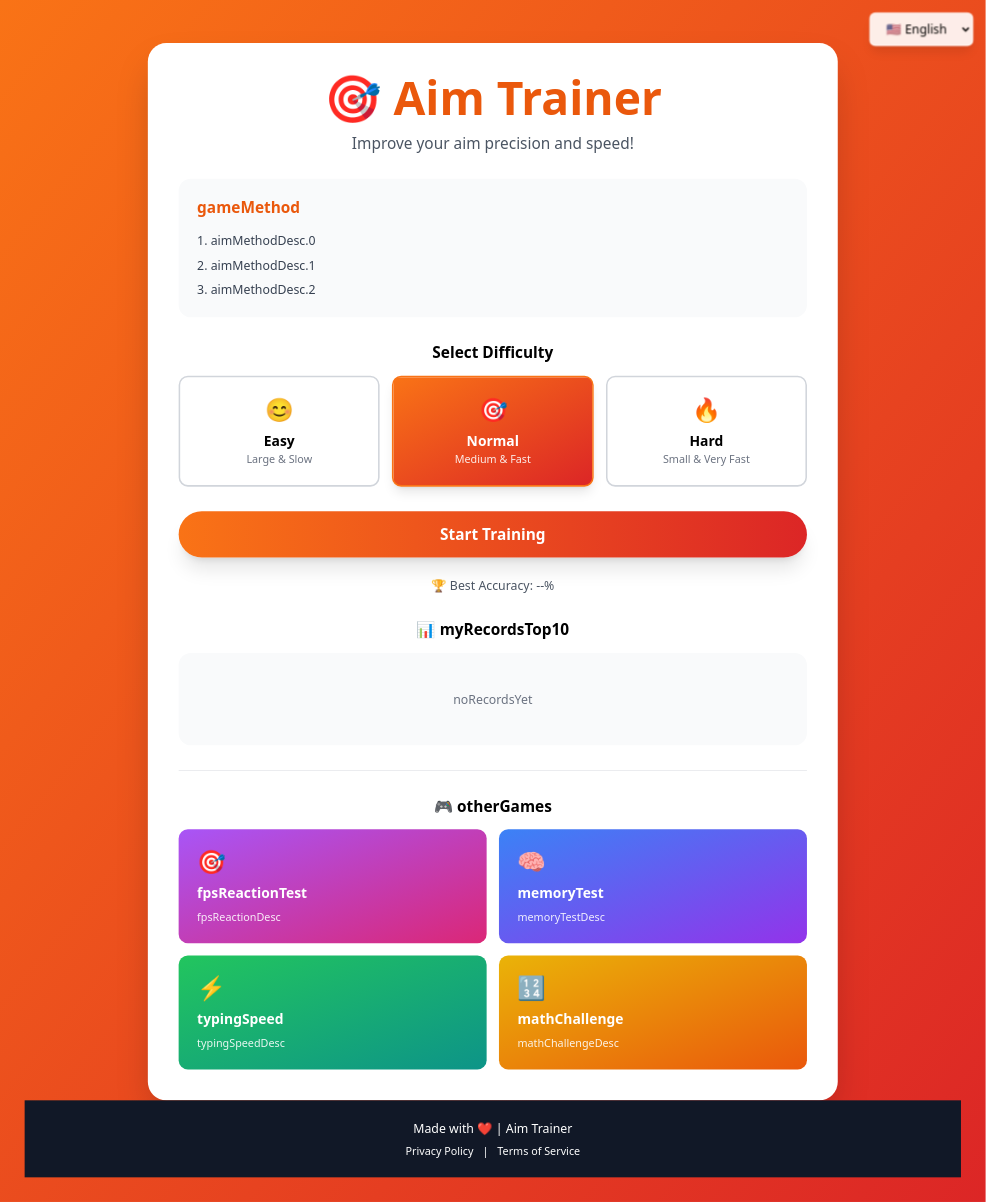
Repository: Lcmind/withjocoding
Page: aim-trainer.html
An editor plug-in stored every save of this project. The page is shown before and after the next save, followed by the edit.
The browser window is 1280 px wide. The pictures show the whole page, at 77% of full size.
Some web libraries are served in a nearby version.

Above is the page before, as saved 2026-01-13 21:54:00.

### aim-trainer.html
<!DOCTYPE html>
<html lang="en">
<head>
  <meta charset="UTF-8">
  <meta name="viewport" content="width=device-width, initial-scale=1.0">
  <meta name="description" content="Free Aim Trainer! Improve your aim precision and reaction time. Perfect for FPS gamers!">
  <title>Aim Trainer - Improve Your Aim Precision | FPS Training</title>

  <!-- Tailwind CSS -->
  <script src="https://cdn.tailwindcss.com"></script>
  <script>
    tailwind.config = {
      theme: {
        extend: {
          colors: {
            primary: '#667eea',
            secondary: '#764ba2',
          }
        }
      }
    }
  </script>

  <!-- Google AdSense -->
  <script async src="https://pagead2.googlesyndication.com/pagead/js/adsbygoogle.js?client=ca-pub-1247545232353663"
     crossorigin="anonymous"></script>

  <style>
    @keyframes pulse-target {
      0%, 100% { transform: scale(1); }
      50% { transform: scale(1.1); }
    }
    .target-pulse {
      animation: pulse-target 0.8s ease-in-out infinite;
    }
    @keyframes hit-effect {
      0% { transform: scale(0.5); opacity: 1; }
      100% { transform: scale(2.5); opacity: 0; }
    }
    .hit-effect-anim {
      animation: hit-effect 0.4s ease-out;
    }
    .screen {
      display: none;
    }
    .screen.active {
      display: flex;
    }
  </style>
</head>
<body class="min-h-screen bg-gradient-to-br from-orange-500 to-red-600">

  <!-- 언어 선택 -->
  <div class="fixed top-4 right-4 z-50">
    <select id="language-selector" class="px-4 py-2 rounded-lg bg-white/90 backdrop-blur-sm shadow-lg border-2 border-white/50 cursor-pointer hover:bg-white transition-all">
      <option value="ko">🇰🇷 한국어</option>
      <option value="en">🇺🇸 English</option>
      <option value="ja">🇯🇵 日本語</option>
    </select>
  </div>

  <!-- 시작 화면 -->
  <div id="start-screen" class="screen active min-h-screen flex flex-col items-center justify-center p-4 md:p-8">
    <div class="max-w-4xl w-full">

      <!-- 상단 광고 -->
      <div class="mb-6 flex justify-center">
        <ins class="adsbygoogle block"
             style="display:block; max-height:90px;"
             data-ad-format="horizontal"
             data-ad-client="ca-pub-1247545232353663"
             data-full-width-responsive="true"></ins>
      </div>

      <!-- 메인 카드 -->
      <div class="bg-white rounded-3xl shadow-2xl p-6 md:p-10">
        <h1 class="text-4xl md:text-6xl font-bold text-center text-orange-600 mb-4">
          🎯 <span data-i18n="title">Aim Trainer</span>
        </h1>
        <p class="text-lg md:text-xl text-center text-gray-600 mb-8" data-i18n="subtitle">Improve your aim precision and speed!</p>

      <!-- 게임 방법 -->
      <div class="bg-gray-50 rounded-2xl p-6 mb-8">
        <h3 class="text-xl font-bold text-orange-600 mb-4" data-i18n="gameMethod">How to Play</h3>
        <ol class="list-decimal list-inside space-y-2 text-gray-700">
          <li data-i18n="aimMethodDesc.0">Targets appear randomly on screen</li>
          <li data-i18n="aimMethodDesc.1">Click them as fast as possible</li>
          <li data-i18n="aimMethodDesc.2">Improve your accuracy and speed!</li>
        </ol>
      </div>

      <!-- 난이도 선택 -->
      <div class="mb-8">
        <h3 class="text-xl font-bold text-center mb-4" data-i18n="selectDifficulty">Select Difficulty</h3>
        <div class="grid grid-cols-1 md:grid-cols-3 gap-4">
          <button class="difficulty-btn border-2 border-gray-300 rounded-xl p-6 hover:border-orange-500 hover:shadow-lg transition-all" data-difficulty="easy">
            <div class="text-3xl mb-2">😊</div>
            <div class="font-bold text-lg" data-i18n="easy">Easy</div>
            <div class="text-sm text-gray-500">Large & Slow</div>
          </button>
          <button class="difficulty-btn active border-2 border-orange-500 bg-gradient-to-br from-orange-500 to-red-600 text-white rounded-xl p-6 shadow-lg" data-difficulty="normal">
            <div class="text-3xl mb-2">🎯</div>
            <div class="font-bold text-lg" data-i18n="normal">Normal</div>
            <div class="text-sm opacity-90">Medium & Fast</div>
          </button>
          <button class="difficulty-btn border-2 border-gray-300 rounded-xl p-6 hover:border-orange-500 hover:shadow-lg transition-all" data-difficulty="hard">
            <div class="text-3xl mb-2">🔥</div>
            <div class="font-bold text-lg" data-i18n="hard">Hard</div>
            <div class="text-sm text-gray-500">Small & Very Fast</div>
          </button>
        </div>
      </div>

      <button id="start-btn" class="w-full bg-gradient-to-r from-orange-500 to-red-600 text-white font-bold text-xl py-4 rounded-full shadow-xl hover:shadow-2xl hover:-translate-y-1 transition-all">
        <span data-i18n="startTraining">Start Training</span>
      </button>

      <div class="mt-6 text-center text-gray-600">
        <p>🏆 <span data-i18n="bestAccuracy">Best Accuracy</span>: <span id="best-record">--%</span></p>
      </div>

      <!-- 내 기록 TOP 10 -->
      <div class="mt-8">
        <h3 class="text-xl font-bold text-center mb-4">📊 <span data-i18n="myRecordsTop10">My Top 10 Records</span></h3>
        <div id="history-list" class="bg-gray-50 rounded-2xl p-4 max-h-80 overflow-y-auto">
          <p class="text-center text-gray-500 py-8" data-i18n="noRecordsYet">No records yet. Start now!</p>
        </div>
      </div>

      <!-- 다른 게임 섹션 -->
      <div class="mt-8 border-t border-gray-200 pt-8">
        <h3 class="text-xl font-bold text-center mb-4">🎮 <span data-i18n="otherGames">Other Games</span></h3>
        <div class="grid grid-cols-1 md:grid-cols-2 gap-4">
          <a href="index.html" class="block bg-gradient-to-br from-purple-500 to-pink-600 rounded-xl p-6 text-white hover:shadow-xl transition-all duration-300 hover:-translate-y-1">
            <div class="text-3xl mb-2">🎯</div>
            <div class="font-bold text-lg mb-2" data-i18n="fpsReactionTest">FPS Reaction Test</div>
            <div class="text-sm opacity-90" data-i18n="fpsReactionDesc">Test your reaction speed</div>
          </a>

          <a href="memory-test.html" class="block bg-gradient-to-br from-blue-500 to-purple-600 rounded-xl p-6 text-white hover:shadow-xl transition-all duration-300 hover:-translate-y-1">
            <div class="text-3xl mb-2">🧠</div>
            <div class="font-bold text-lg mb-2" data-i18n="memoryTest">Memory Test</div>
            <div class="text-sm opacity-90" data-i18n="memoryTestDesc">Test your memory skills</div>
          </a>

          <a href="typing-speed.html" class="block bg-gradient-to-br from-green-500 to-teal-600 rounded-xl p-6 text-white hover:shadow-xl transition-all duration-300 hover:-translate-y-1">
            <div class="text-3xl mb-2">⚡</div>
            <div class="font-bold text-lg mb-2" data-i18n="typingSpeed">Typing Speed</div>
            <div class="text-sm opacity-90" data-i18n="typingSpeedDesc">Test your typing speed</div>
          </a>

          <a href="math-challenge.html" class="block bg-gradient-to-br from-yellow-500 to-orange-600 rounded-xl p-6 text-white hover:shadow-xl transition-all duration-300 hover:-translate-y-1">
            <div class="text-3xl mb-2">🔢</div>
            <div class="font-bold text-lg mb-2" data-i18n="mathChallenge">Math Challenge</div>
            <div class="text-sm opacity-90" data-i18n="mathChallengeDesc">Quick math calculations</div>
          </a>
        </div>
      </div>
    </div>
  </div>

  <!-- 게임 화면 -->
  <div id="game-screen" class="screen hidden min-h-screen bg-gray-900 relative">
    <!-- 게임 정보 -->
    <div class="fixed top-8 left-1/2 transform -translate-x-1/2 z-10">
      <div class="flex gap-8 bg-white/10 backdrop-blur-md px-6 py-3 rounded-full">
        <div class="text-white text-lg">
          <span class="opacity-80" data-i18n="targets">Targets</span>: <span id="target-count" class="font-bold">0 / 30</span>
        </div>
        <div class="text-white text-lg">
          <span class="opacity-80" data-i18n="accuracy">Accuracy</span>: <span id="accuracy-display" class="font-bold">100%</span>
        </div>
        <div class="text-white text-lg">
          <span class="opacity-80" data-i18n="combo">Combo</span>: <span id="combo-display" class="font-bold text-yellow-400">x1</span>
        </div>
      </div>
    </div>

    <!-- 게임 영역 -->
    <div id="game-area" class="w-screen h-screen relative cursor-crosshair">
      <div id="target" class="absolute rounded-full opacity-0 transform scale-0 transition-all duration-200 shadow-2xl border-4 border-white/30"></div>
      <div id="click-effect" class="absolute w-24 h-24 border-4 rounded-full pointer-events-none opacity-0 transform scale-0"></div>
    </div>
  </div>

  <!-- 결과 화면 -->
  <div id="result-screen" class="screen hidden min-h-screen flex flex-col items-center justify-center p-4">
    <div class="max-w-2xl w-full bg-white rounded-3xl shadow-2xl p-6 md:p-10">
      <h1 class="text-4xl font-bold text-center text-orange-600 mb-8">
        🎯 <span data-i18n="results">Results</span>
      </h1>

      <div class="bg-gradient-to-br from-orange-500 to-red-600 text-white rounded-2xl p-8 mb-6">
        <div class="text-center mb-6">
          <div class="text-lg opacity-90 mb-2" data-i18n="finalAccuracy">Final Accuracy</div>
          <div id="final-accuracy" class="text-6xl font-bold mb-4">100%</div>
        </div>

        <div class="grid grid-cols-3 gap-4">
          <div class="bg-white/20 rounded-xl p-4 text-center">
            <div class="text-sm opacity-90" data-i18n="avgTime">Avg Time</div>
            <div id="avg-time" class="text-2xl font-bold">0ms</div>
          </div>
          <div class="bg-white/20 rounded-xl p-4 text-center">
            <div class="text-sm opacity-90" data-i18n="maxCombo">Max Combo</div>
            <div id="max-combo" class="text-2xl font-bold">x0</div>
          </div>
          <div class="bg-white/20 rounded-xl p-4 text-center">
            <div class="text-sm opacity-90" data-i18n="score">Score</div>
            <div id="final-score" class="text-2xl font-bold">0</div>
          </div>
        </div>
      </div>

      <div class="flex gap-4">
        <button id="retry-btn" class="flex-1 bg-gradient-to-r from-orange-500 to-red-600 text-white font-bold text-xl py-4 rounded-full shadow-xl hover:shadow-2xl hover:-translate-y-1 transition-all">
          <span data-i18n="trainAgain">Train Again</span>
        </button>
        <button id="home-btn" class="flex-1 bg-white text-orange-600 border-2 border-orange-600 font-bold text-xl py-4 rounded-full hover:bg-orange-600 hover:text-white transition-all">
          <span data-i18n="backHome">Home</span>
        </button>
      </div>
    </div>

    <!-- 하단 광고 -->
    <div class="mt-6 flex justify-center">
      <ins class="adsbygoogle block"
           style="display:block; min-height:250px;"
           data-ad-format="autorelaxed"
           data-ad-client="ca-pub-1247545232353663"
           data-full-width-responsive="true"></ins>
    </div>
  </div>

  <!-- Footer -->
  <footer class="w-full py-6 text-center text-white bg-gray-900">
    <p class="mb-2">Made with ❤️ | Aim Trainer</p>
    <p class="text-sm">
      <a href="privacy.html" class="text-white hover:underline mx-2" data-i18n="privacyPolicy">Privacy Policy</a> |
      <a href="terms.html" class="text-white hover:underline mx-2" data-i18n="termsOfService">Terms of Service</a>
    </p>
  </footer>

  <script>
    (adsbygoogle = window.adsbygoogle || []).push({});
  </script>

  <script src="aim-trainer.js"></script>
</body>
</html>

### aim-trainer.js
// 번역
const translations = {
  ko: {
    title: '조준 트레이너',
    subtitle: '조준 정확도와 속도를 향상시키세요!',
    selectDifficulty: '난이도 선택',
    easy: '쉬움',
    normal: '보통',
    hard: '어려움',
    startTraining: '훈련 시작',
    bestAccuracy: '최고 정확도',
    targets: '타겟',
    accuracy: '정확도',
    combo: '콤보',
    results: '결과',
    finalAccuracy: '최종 정확도',
    avgTime: '평균 시간',
    maxCombo: '최대 콤보',
    score: '점수',
    trainAgain: '다시 훈련',
    backHome: '홈으로',
    privacyPolicy: '개인정보처리방침',
    termsOfService: '이용약관'
  },
  en: {
    title: 'Aim Trainer',
    subtitle: 'Improve your aim precision and speed!',
    selectDifficulty: 'Select Difficulty',
    easy: 'Easy',
    normal: 'Normal',
    hard: 'Hard',
    startTraining: 'Start Training',
    bestAccuracy: 'Best Accuracy',
    targets: 'Targets',
    accuracy: 'Accuracy',
    combo: 'Combo',
    results: 'Results',
    finalAccuracy: 'Final Accuracy',
    avgTime: 'Avg Time',
    maxCombo: 'Max Combo',
    score: 'Score',
    trainAgain: 'Train Again',
    backHome: 'Home',
    privacyPolicy: 'Privacy Policy',
    termsOfService: 'Terms of Service'
  }
};

let currentLang = localStorage.getItem('preferredLanguage') || 'en';
const languageSelector = document.getElementById('language-selector');
if (languageSelector) {
  languageSelector.value = currentLang;
}

function t(key) {
  return translations[currentLang][key] || key;
}

function updateLanguage() {
  document.querySelectorAll('[data-i18n]').forEach(el => {
    const key = el.getAttribute('data-i18n');
    el.textContent = t(key);
  });
}

if (languageSelector) {
  languageSelector.addEventListener('change', (e) => {
    currentLang = e.target.value;
    localStorage.setItem('preferredLanguage', currentLang);
    updateLanguage();
  });
}

updateLanguage();

// 게임 로직
let difficulty = 'normal';
let targetCount = 0;
const maxTargets = 30;
let hits = 0;
let misses = 0;
let combo = 0;
let maxCombo = 0;
let reactionTimes = [];
let targetAppearTime = 0;
let isTargetVisible = false;

const difficultySettings = {
  easy: { size: 100, delay: [1000, 1500], lifetime: 2000 },
  normal: { size: 70, delay: [500, 1000], lifetime: 1500 },
  hard: { size: 50, delay: [300, 700], lifetime: 1000 }
};

const target = document.getElementById('target');
const clickEffect = document.getElementById('click-effect');
const gameArea = document.getElementById('game-area');

// 난이도 선택
document.querySelectorAll('.difficulty-btn').forEach(btn => {
  btn.addEventListener('click', () => {
    document.querySelectorAll('.difficulty-btn').forEach(b => {
      b.classList.remove('active', 'border-orange-500', 'bg-gradient-to-br', 'from-orange-500', 'to-red-600', 'text-white', 'shadow-lg');
      b.classList.add('border-gray-300');
    });
    btn.classList.remove('border-gray-300');
    btn.classList.add('active', 'border-orange-500', 'bg-gradient-to-br', 'from-orange-500', 'to-red-600', 'text-white', 'shadow-lg');
    difficulty = btn.dataset.difficulty;
  });
});

document.getElementById('start-btn').addEventListener('click', startGame);
document.getElementById('retry-btn').addEventListener('click', () => {
  hideScreen(document.getElementById('result-screen'));
  showScreen(document.getElementById('start-screen'));
});
document.getElementById('home-btn').addEventListener('click', () => {
  window.location.href = 'index.html';
});

function startGame() {
  hideScreen(document.getElementById('start-screen'));
  showScreen(document.getElementById('game-screen'));

  initGame();
}

function initGame() {
  targetCount = 0;
  hits = 0;
  misses = 0;
  combo = 0;
  maxCombo = 0;
  reactionTimes = [];
  isTargetVisible = false;

  updateGameInfo();
  spawnTarget();

  // 빗나간 클릭 감지
  gameArea.onclick = (e) => {
    if (e.target !== target && isTargetVisible) {
      misses++;
      combo = 0;
      updateGameInfo();
      showClickEffect(e.clientX, e.clientY, false);
    }
  };
}

function spawnTarget() {
  if (targetCount >= maxTargets) {
    endGame();
    return;
  }

  const settings = difficultySettings[difficulty];
  const margin = settings.size;
  const maxX = window.innerWidth - margin * 2;
  const maxY = window.innerHeight - margin * 2 - 100;

  const randomX = Math.random() * maxX + margin;
  const randomY = Math.random() * maxY + margin + 100;

  // 타겟 설정
  target.style.left = `${randomX}px`;
  target.style.top = `${randomY}px`;
  target.style.width = `${settings.size}px`;
  target.style.height = `${settings.size}px`;
  target.className = 'absolute rounded-full transition-all duration-200 shadow-2xl border-4 border-white/30 bg-gradient-to-br from-orange-500 to-red-600';

  // 랜덤 색상 (매번 다름)
  const colors = [
    'from-orange-500 to-red-600',
    'from-red-500 to-pink-600',
    'from-yellow-500 to-orange-600',
    'from-purple-500 to-pink-600',
    'from-blue-500 to-purple-600'
  ];
  const randomColor = colors[Math.floor(Math.random() * colors.length)];
  target.classList.add('bg-gradient-to-br', ...randomColor.split(' '));

  // 타겟 표시
  setTimeout(() => {
    target.classList.remove('opacity-0', 'scale-0');
    target.classList.add('opacity-100', 'scale-100', 'target-pulse');
    isTargetVisible = true;
    targetAppearTime = Date.now();

    // 일정 시간 후 자동 사라짐 (미스 처리)
    setTimeout(() => {
      if (isTargetVisible) {
        missTarget();
      }
    }, settings.lifetime);
  }, getRandomDelay(settings.delay[0], settings.delay[1]));

  // 타겟 클릭
  target.onclick = (e) => {
    if (!isTargetVisible) return;
    e.stopPropagation();

    const reactionTime = Date.now() - targetAppearTime;
    reactionTimes.push(reactionTime);
    hits++;
    combo++;
    if (combo > maxCombo) maxCombo = combo;

    hideTarget();
    showClickEffect(e.clientX, e.clientY, true);
    updateGameInfo();

    targetCount++;
    setTimeout(() => spawnTarget(), 200);
  };
}

function missTarget() {
  if (!isTargetVisible) return;

  misses++;
  combo = 0;
  hideTarget();
  updateGameInfo();

  targetCount++;
  setTimeout(() => spawnTarget(), 500);
}

function hideTarget() {
  isTargetVisible = false;
  target.classList.remove('opacity-100', 'scale-100', 'target-pulse');
  target.classList.add('opacity-0', 'scale-0');
}

function showClickEffect(x, y, isHit) {
  clickEffect.style.left = `${x - 50}px`;
  clickEffect.style.top = `${y - 50}px`;
  clickEffect.className = `absolute w-24 h-24 border-4 rounded-full pointer-events-none ${isHit ? 'border-green-500' : 'border-red-500'}`;

  clickEffect.classList.remove('opacity-0', 'scale-0');
  clickEffect.classList.add('hit-effect-anim');

  setTimeout(() => {
    clickEffect.classList.add('opacity-0', 'scale-0');
    clickEffect.classList.remove('hit-effect-anim');
  }, 400);
}

function updateGameInfo() {
  document.getElementById('target-count').textContent = `${targetCount} / ${maxTargets}`;

  const totalShots = hits + misses;
  const accuracy = totalShots > 0 ? Math.round((hits / totalShots) * 100) : 100;
  document.getElementById('accuracy-display').textContent = `${accuracy}%`;

  document.getElementById('combo-display').textContent = `x${combo}`;
  if (combo >= 5) {
    document.getElementById('combo-display').classList.add('text-yellow-400');
  } else {
    document.getElementById('combo-display').classList.remove('text-yellow-400');
  }
}

function endGame() {
  const totalShots = hits + misses;
  const accuracy = totalShots > 0 ? Math.round((hits / totalShots) * 100) : 100;
  const avgTime = reactionTimes.length > 0
    ? Math.round(reactionTimes.reduce((a, b) => a + b) / reactionTimes.length)
    : 0;
  const score = Math.round(hits * 100 * (1 + combo / 10));

  document.getElementById('final-accuracy').textContent = `${accuracy}%`;
  document.getElementById('avg-time').textContent = `${avgTime}ms`;
  document.getElementById('max-combo').textContent = `x${maxCombo}`;
  document.getElementById('final-score').textContent = score;

  // 최고 기록 저장
  const key = `aimBest_${difficulty}`;
  const best = localStorage.getItem(key);
  if (!best || accuracy > parseInt(best)) {
    localStorage.setItem(key, accuracy);
  }

  hideScreen(document.getElementById('game-screen'));
  showScreen(document.getElementById('result-screen'));
}

function getRandomDelay(min, max) {
  return Math.random() * (max - min) + min;
}

function showScreen(screen) {
  screen.classList.remove('hidden');
  screen.classList.add('active');
}

function hideScreen(screen) {
  screen.classList.add('hidden');
  screen.classList.remove('active');
}

function loadBestRecord() {
  const key = `aimBest_${difficulty}`;
  const best = localStorage.getItem(key);
  document.getElementById('best-record').textContent = best ? `${best}%` : '--%';
}

loadBestRecord();

After the next save:
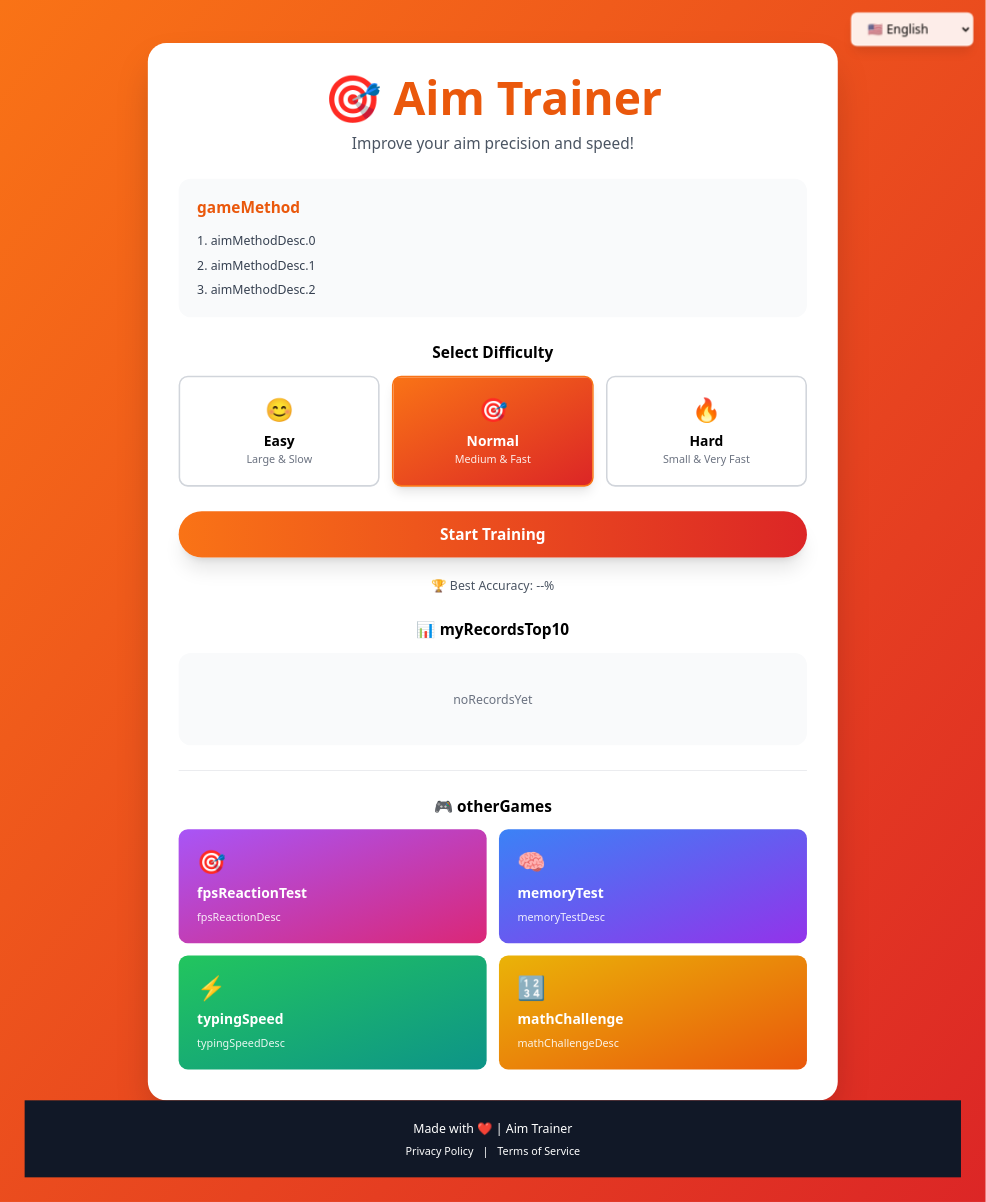
Saved 36 s later.
--- a/aim-trainer.html
+++ b/aim-trainer.html
@@ -56,6 +56,13 @@
       <option value="ko">🇰🇷 한국어</option>
       <option value="en">🇺🇸 English</option>
       <option value="ja">🇯🇵 日本語</option>
+      <option value="zh">🇨🇳 中文</option>
+      <option value="es">🇪🇸 Español</option>
+      <option value="fr">🇫🇷 Français</option>
+      <option value="de">🇩🇪 Deutsch</option>
+      <option value="pt">🇧🇷 Português</option>
+      <option value="ru">🇷🇺 Русский</option>
+      <option value="ar">🇸🇦 العربية</option>
     </select>
   </div>
 
